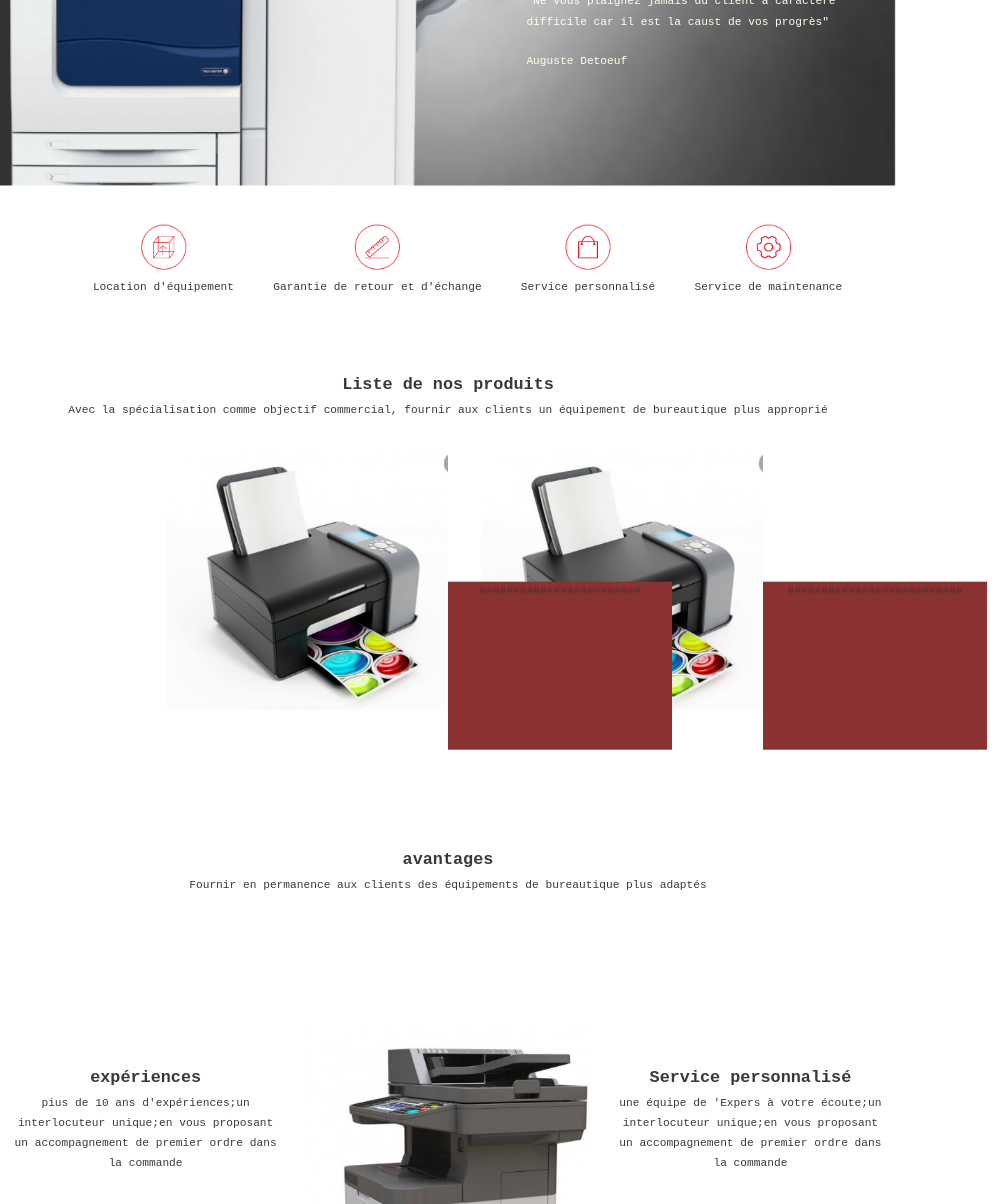
Repository: clairedupuich/sv_print
Page: index.html
An editor plug-in stored every save of this project. The page is shown before and after the next save, followed by the edit.
The browser window is 1280 px wide. The page is 1410 px wide, then 1426 px, so the pictures cover 1426 px, including what lies to the right of the window. The pictures show the part of the page from y = 440 to 2160 px (the page is 4261 px tall), at 70% of full size.

Above is the page before, as saved 2020-12-02 23:16:46.
Console error: TypeError: Cannot read properties of null (reading 'appendChild')

### index.html
<!doctype html>
<html>
<head>
  <meta charset="utf-8">
  <meta name="viewport"
        content="width=device-width, initial-scale=1, user-scalable=no">
<title>SV Print</title>

<link href="style.css" rel="stylesheet" type="text/css">
<script src="print.js" type="text/javascript"></script>
</head>
<body>
<header id="fh5co-header">




  <div class="logo_nav"id="logo_nav">
    <img src="img/logo4.png" alt="SV Print" class="logo" />
     <div class="nav_tele">
      <div class="tel">
        <img src="img/call.png" class="margin-small-right"
        alt="" />tele graduite：0606060606</div>
    <ul class="nav nav-menu nav-inline nav-split nav-right text-big">
      <li id="liHome" class="home"> <a href="">ACCEUILLE</a></li>
      <li id="liabout-us" class="dropdown"><a href="">QUI SOMME NOUS</a></li>
      <li id="liproducts" class="dropdown"><a href="">ECOLOGIE</a></li>
      <li class="side_nav1" id="cat1"><a href="">POURQUOI NOUS</a></li>
      <li class="side_nav1" id="cat2"><a href="">CONSEILS ET ASTUCES</a></li>
    </ul>
    </div>
  </div>
</header>



    <div id="view">
      <ul id="img_list">
        <li id="slider1" class="owl-item"><img src="img/img_slider_1.png" class="img_slider" alt=""></li>
        <ul class="boutton_change">
          <a href="#slider5"><li><b> < </b></li></a>
          <a href="#slider2"><li><b> > </b></li></a>
        </ul>
        <li id="slider2" class="owl-item"><img src="img/Group 4.png" alt="" class="img_slider"></li>
        <ul class="boutton_change">
          <a href="#slider1"><li><b> < </b></li></a>
          <a href="#slider3"><li><b> > </b></li></a>
        </ul>
        <li id="slider3" class="owl-item"><img src="img/img_slider_31.png" alt="" class="img_slider"></li>
        <ul class="boutton_change">
          <a href="#slider2"><li><b> < </b></li></a>
          <a href="#slider4"><li><b> > </b></li></a>
        </ul>
        <li id="slider4" class="owl-item"><img src="img/promo.png" alt="" class="img_slider"></li>
        <ul class="boutton_change">
          <a href="#slider3"><li><b> < </b></li></a>
          <a href="#slider4"><li><b> > </b></li></a>
        </ul>
      </ul>
    </div>

<div class="blankbig"></div>
<!-- 临时图片 -->
<div class="img_big">
  <h3>Notre philosophie</h3>
  <p>"Ne vous plaignez jamais du client à caractère difficile car il est la caust de vos progrès"<br><br>Auguste Detoeuf</p>
</div>



<div id="fh5co-about-us">
  <div class="container">

				<div class="line-big">
					<div class="text-center">

							<div class="media-img"><img src="img/webdesign_1.png" alt="" /></div>
							<p class="padding-big-top">Location d'équipement</p>

					</div>
					<div class="text-center">

							<div class="media-img"><img src="img/webdesign_2.png" alt="" /></div>
							<p class="padding-big-top">
                Garantie de retour et d'échange<br /></p>

					</div>

					<div class="text-center">
							<div class="media-img"><img src="img/webdesign_3.png" alt="" /></div>
							<p class="padding-big-top">Service personnalisé</p>

					</div>
					<div class="text-center">

							<div class="media-img"><img src="img/webdesign_4.png" alt="" /></div>
							<p class="padding-big-top">
                Service de maintenance</p>

					</div>
				</div>
			</div></div>
<div class="blankbig"></div>
<div id="fh5co-content_show">
  <div class="container">
    <div class="line">
        <h2 class="full-screen-en-title">Liste de nos produits</h2>
        <p class="text-big padding-big-top">Avec la spécialisation comme objectif commercial, fournir aux clients un
          équipement de bureautique plus approprié</p>
    </div>


  <img src="img/Capture d’écran du 2020-11-30 22-51-18.png" alt="" class="produit_list">
  <div class="absolut1">
    <p class="product_discription product_discription1">########################</p>
  </div>
  <img src="img/Capture d’écran du 2020-11-30 22-51-18.png" alt="" class="produit_list">
  <div class="absolut1">
    <p class="product_discription product_discription">##########################</p>
</div>

<!-- 优势 -->

					<div class="avantages">
						<h2 class="full-screen-en-title"> avantages</h2>
						<p class="text-big padding-big-top">
              Fournir en permanence aux clients des équipements de bureautique plus adaptés</p>
					</div>
        <div class="avantages_contente">
          <div class="text_left">
            <div class="text1">
            <h3>expériences</h3>
            <p>pius de 10 ans d'expériences;un interlocuteur unique;en vous proposant un accompagnement de premier ordre dans la commande</p>
            </div>
            <div class="text2">
              <h3>Réponse rapide</h3>
              <p>une équipe de 'Expers à votre écoute;un interlocuteur unique;en vous proposant un accompagnement de premier ordre dans la commande</p>
            </div>
          </div>
          <div><img src="img/Capture d’écran du 2020-11-30 22-49-31.png"></div>
          <div class="text_right">
            <div class="text3">
              <h3>
                Service personnalisé</h3>
              <p>une équipe de 'Expers à votre écoute;un interlocuteur unique;en vous proposant un accompagnement de premier ordre dans la commande</p>
            </div>
            <div class="text4">
              <h3>Assurance qualité</h3>
                <p>une équipe de 'Expers à votre écoute;un interlocuteur unique;en vous proposant un accompagnement de premier ordre dans la commande</p>

            </div>
          </div>
        </div>






<!-- 客户案例 -->
						<div class="x12 text-center padding-top">
							<h2 class="full-screen-en-title">Cas client</h2>
							<p class="text-big padding-big-top margin-large-bottom">on est plus professionnel car on est assez concentré!</p>
						</div>
					<div class="client_logo">
            <img src="img/saint-louis-recouvrement.jpg.webp" alt="" class="logo_client">
            <img src="img/levis.jpg.webp" alt="" class="logo_client">
            <img src=" img/technigaz.jpg.webp" alt="" class="logo_client">
            <img src="img/xia.jpg.webp" alt="" class="logo_client">
            <img src="img/xia.jpg.webp" alt="" class="logo_client">
            <img src="img/xia.jpg.webp" alt="" class="logo_client">
          </div>





<!-- 应用领域 -->
					<div class="text-domaines">
            <h2 class="full-screen-en-title">Champ d'application</h2>
            <p>Nos clients sont dans de nombreux domaines</p>
						<img src="img/img_bottom.png" alt="">

					</div>


          <!-- 服务范围覆盖 -->

					<div class="Couverture">
						<h2 class="full-screen-en-title">Couverture de service</h2>
						<p class="text-big padding-big-top">Nous rendons services à Anzin, Valenciennes,lille et ses alentours</p>
          </div>


          <footer>
            <div class="textFooterC">
                <div class="texFooter">
                    <a href="" class="textFooterEle">Ecologiite</a>
                    <a href="" class="textFooterEle">Qui sommes-nous ? </a>
                    <a href="" class="textFooterEle">Pourquoi Nous</a>
                    <a href="" class="textFooterEle">Conseils Et Astuces</a>

                </div>
                <div class="texFooter1 icon_footer">
                  <img src="img/Vector 1.png" alt="" class="iconFooter">
                  <img src="img/Vector2.png" alt="" class="iconFooter">
                  <img src="img/Vector 3.png" alt="" class="iconFooter">
                </div>
                <div class="texFooter">
                    <a href="" class="textFooterEle">Mentions légales</a>
                    <a href="" class="textFooterEle">Conditions générales d’utilisation</a>
                    <a href="" class="textFooterEle">Conditions générales de vente</a>
                </div>
            </div>
            <a href="#logo_nav" class="return_top">^</a>
        </footer>
				</body>
</html>

### style.css
/* 主要部分 style.css */
* {
    margin: 0;
    padding: 0;
    list-style: none;
    text-decoration: none;
}

body {
    font-family: 'Courier New', Courier, monospace;
    font-size: 16px;
    line-height: 1.8;
    color: #3a3939;
    background: #FFF;
    height: 100%;

}

a:hover {
    text-decoration: none;
}


h1,
h2,
h3,
h4 {
    text-align: center;
    font-size: 1.5em;
    font-weight: bolder;
}
.logo {
    width: 12%;
    min-width: 4em;
    height: 12%;
    min-width: 4em;
}
.nav_tele {
    margin-right: 2em;
}
.tel {
    display: block;
    margin-bottom: 1.5em;
    text-align: right;
    line-height: 20px;
    color: #808080;
    font-size: 14px
}

.tel img {
    vertical-align: middle;
}

.logo_nav {
    display: flex;
    flex-direction: row;
    flex-wrap: wrap;
    align-items: center;
    margin-top: 1em;
    justify-content: space-between;
}
.logo_nav ul {
    display: flex;
    flex-direction: row;
    flex-wrap: wrap;
    align-items: center;
    justify-content: space-around;
    list-style: none;

}
.logo_nav ul li a{
    margin-left: 2em;
    text-decoration: none;
    color: rgb(24, 22, 22);
    text-align: center;
}
.logo_nav ul li:hover {
     background-color: rgb(78, 120, 135);
     background-clip: content-box;

}
/* nav 结束 */

/* slider */

.img_slider {
    width: 100%;
    height: 45em;
    position: absolute;
}
#view {
    position: relative;
    width: 100%;
    overflow: hidden;
}
#view:after {
    content: '.';
    display: block;
    clear: both;
    height: 0;
    visibility: hidden;
  }
  #img_list {
    position: absolute;
    width: 100%;
  }
  #img_list li {
    float: left;
     width: 100%;
    height:46em;
  }
.blankbig {
    clear: both;
}


.boutton_change {
    display: flex;
    flex-direction: row;
    justify-content: space-around;
    cursor: pointer;
    padding: 2em 46% 0;
  }
  .boutton_change a {
    color: #000000;
    text-decoration: none;
  }
  .boutton_change a li {
    list-style: none;
  }

.container {
    display: flex;
    flex-direction: row;
    flex-wrap: wrap;
    align-items: center;
    justify-content: center;
    margin: 3.5em auto;
    text-align: center;
}
/* image replace */
.img_big {
    background-image: url(img/img_slider_31.png);
    background-position: center;
    background-repeat: no-repeat;
    background-size: cover;
    height: 19em;
    padding: 12em 2em 4em 30em;
    color: ivory;
}
.img_big p {
    padding-left: 17em;
    margin-top: 3em;
}
/* list de produit */
.line {
    margin: 3em auto;
}
.line-big {
    display: flex;
    flex-wrap: wrap;
    flex-direction: row;
    justify-content: space-between;
}
.text-center {
    margin-left: 3.5em;
}
.product_discription {
    width: 25%;
    height: 15em;
    position: absolute;
    background-color: rgb(138, 49, 49);
   /*  display: none; */
}
.produit_list {
    margin-left: 3em;
}
.produit_list:hover +.product_discription {
    display: block;
}
/* 优势 */
.avantages {
    text-align: center;
    margin: 12em 3em;
}
.avantages_contente {
    display: flex;
    flex-direction: row;
    flex-wrap: wrap;
    align-items: center;
    justify-content: space-between;
    margin-bottom: 4em;
}
.text_left,
.text_right {
    width: 30%;
    min-width: 20em;
    text-align: center;
    margin: 0 1em;
}
.text1,
.text3 {
    margin-bottom: 2em;
}

/* 客户案例 */
.logo_client {
    margin: 2.5em;
    width: 19%;
}

/* 应用领域 */
.text-domaines {
    text-align: center;
    width: 100%;
    margin: 3em auto;
}
.text-domaines img {
    width: 100%;
    margin-top: 4em;
}
.Couverture {
    text-align: center;
    width: 100%;
}

/* footer commence */
footer {

    color: snow;
    margin-top: 8em;
    width: 100%;
    background-color: #031322;
    margin-bottom: 0;
}
.textFooterC {
    display: flex;
    flex-direction: row;
    flex-wrap: wrap;
    justify-content: space-around;
    padding-top: 3em;
    padding-bottom: 3em;
}
.texFooter {
    display: flex;
    flex-direction: column;
    line-height: 1.7em;

}

.textFooterEle {
    text-decoration: none;
    list-style: none;
    color: snow;
}
.iconsFooter {
    background-color: #0F4C81;
    text-align: center;
}
.iconFooter{
   padding: 0.9em;
}
.return_top {
    font-size: 3em;
    font-weight: bold;
    color: blanchedalmond;
    text-align: right;
    padding-bottom: 2em;
    margin-right: 2em;
    margin-bottom: -3em;
}

### print.js
/* for the slider */
var img_list = document.getElementById('img_list');
setInterval(function () {
    img_list.appendChild(img_list.firstChild);
}, 2500)

After the next save:
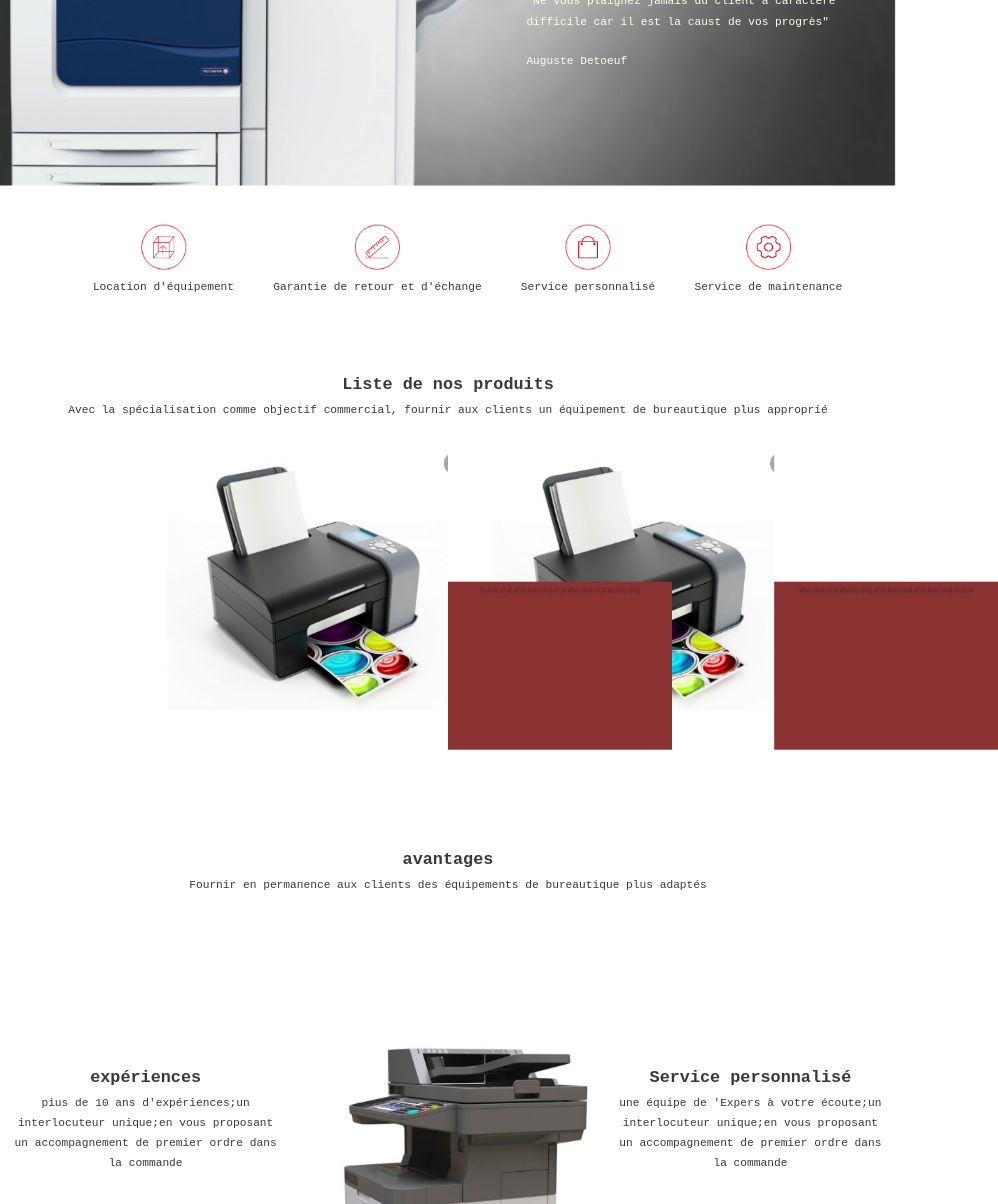
Saved 19 s later.
--- a/style.css
+++ b/style.css
@@ -173,7 +173,7 @@
    /*  display: none; */
 }
 .produit_list {
-    margin-left: 3em;
+    margin-left: 4em;
 }
 .produit_list:hover +.product_discription {
     display: block;
